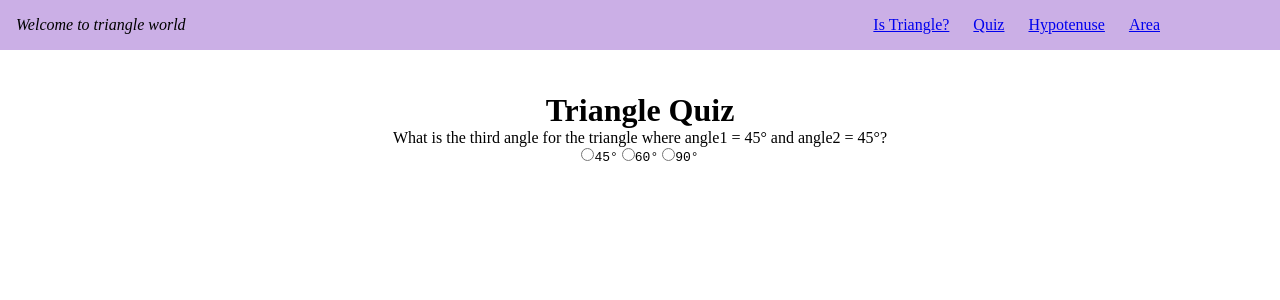
Repository: patelamancode/Fun-with-trianles
Page: quiz.html
The author's editor kept a copy of each file at every save. The page is drawn from the files as they stood at one save, then again after the next save.
The browser window is 1280 px wide. The pictures show the whole page.

Above is the page before, as saved 2022-11-28 18:59:38.
Console error: TypeError: Cannot read properties of null (reading 'addEventListener')

After the next save:
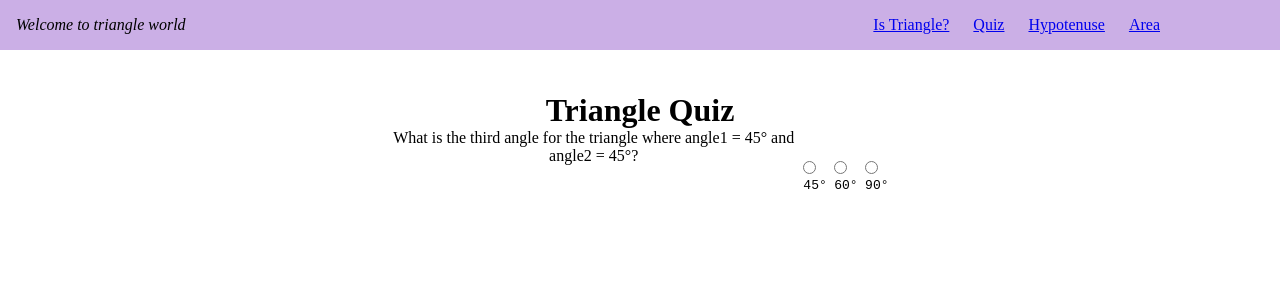
Saved 50 s later.
--- a/index.css
+++ b/index.css
@@ -59,6 +59,16 @@
   border-radius: 5px;
   padding: 5px;
 }
+
+/* For Quiz page */
+
+.question-container{
+  display: flex;
+  margin: auto;
+}
+
+
+
 #check-btn {
   margin: auto;
   text-align: center;

After the 2 saves that followed:
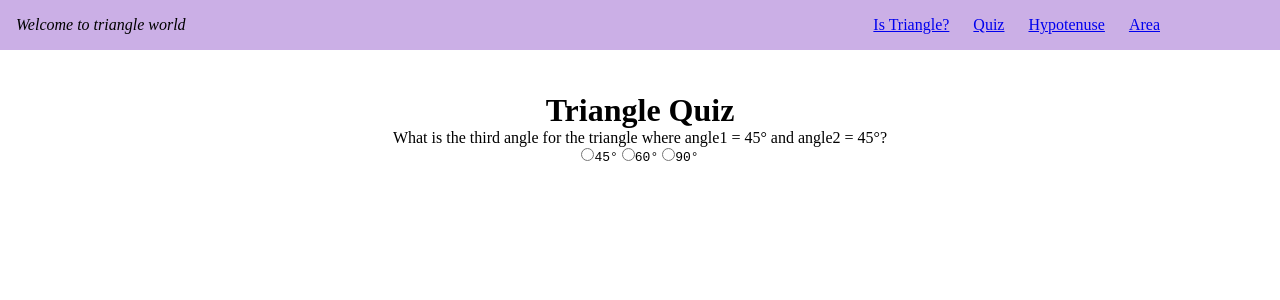
The 2 saves are shown as one change because 1 left the picture as it was.
The last was saved 51 s later.
--- a/index.css
+++ b/index.css
@@ -63,8 +63,8 @@
 /* For Quiz page */
 
 .question-container{
-  display: flex;
-  margin: auto;
+
+
 }
 
 
